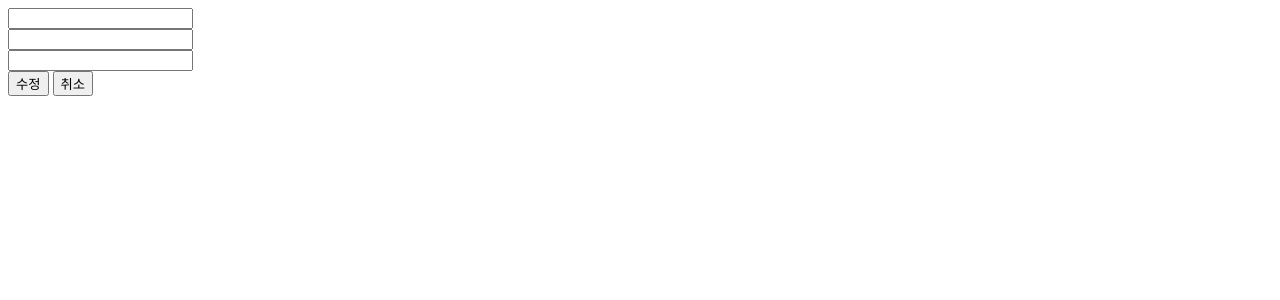
Repository: psyoongsc/SogongDo_Facility
Page: http://localhost/SogongDo_Management_System/FacilityCharge_Mgmt/UpdateFacilityChargeView.jsp
These files come from the project's save history. The page is drawn as it stood at one moment and after the next save; the edit follows.
The browser window is 1280 px wide. The pictures show the whole page.
The page is served by Tomcat 9. Nobody is signed in. The application's start-up code is not run.

Above is the page before, as saved 2020-06-21 09:31:40.

After the next save:
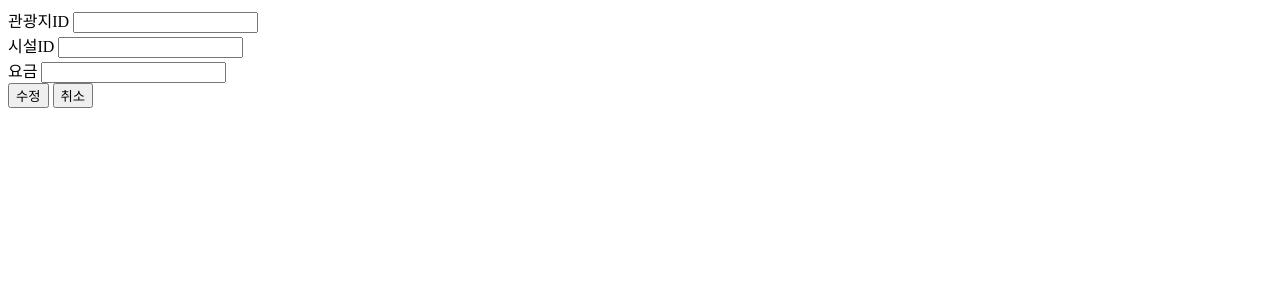
Saved 28 min 34 s later.
--- a/SogongDo_Management_System/WebContent/FacilityCharge_Mgmt/UpdateFacilityChargeView.jsp
+++ b/SogongDo_Management_System/WebContent/FacilityCharge_Mgmt/UpdateFacilityChargeView.jsp
@@ -8,9 +8,9 @@
 </head>
 <body>
 	<form action="/SogongDo_Management_System/facilityCharge/update" method="POST">
-		<input type="text" name="touristSite"><br>
-		<input type="text" name="facility"><br>
-		<input type="text" name="charge"><br>
+		<label>관광지ID </label><input type="text" name="touristSite"><br>
+		<label>시설ID </label><input type="text" name="facility"><br>
+		<label>요금 </label><input type="text" name="charge"><br>
 		<input type="submit" value="수정">
 		<input type="button" onclick="history.back()" value="취소">
 	</form>
